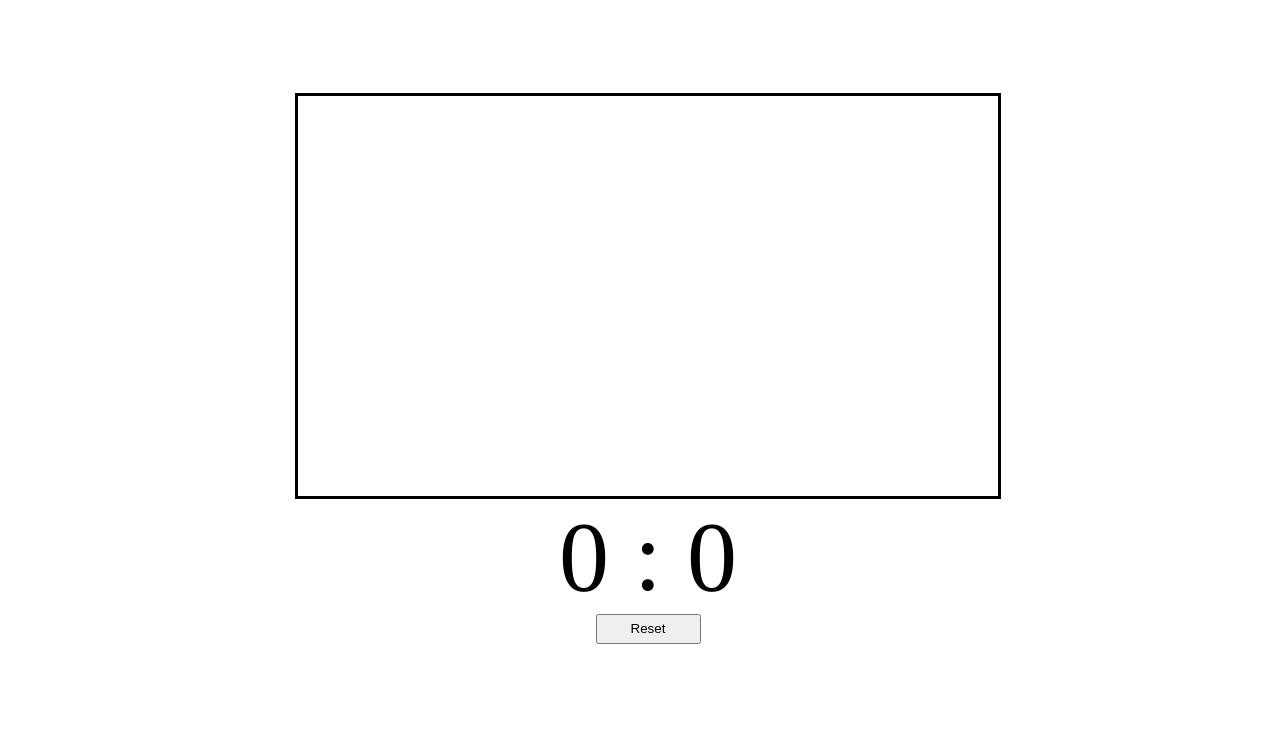
Repository: zacheys123/ping-pong
Page: index.html
The author's editor kept a copy of each file at every save. The page is drawn from the files as they stood at one save, then again after the next save.
The browser window is 1280 px wide. The page is 1288 px wide, so the pictures cover 1288 px, including what lies to the right of the window. The pictures show the whole page.

Above is the page before, as saved 2023-06-30 23:00:06.

After the next save:
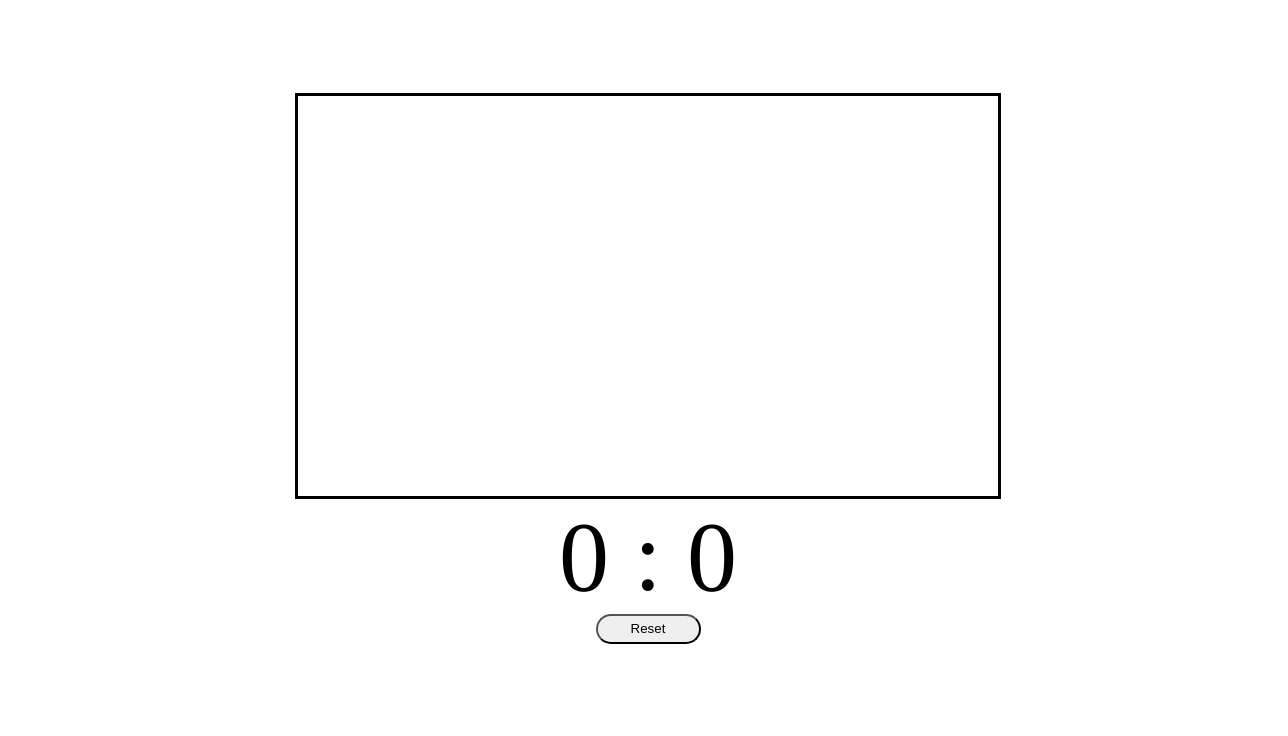
Saved 11 s later.
--- a/style.css
+++ b/style.css
@@ -20,7 +20,7 @@ body {
 }
 #resetbutton {
 	font-family: 'monospace' cursive;
-	border-radius: 15;
+	border-radius: 15px;
 	width: 105px;
 	height: 30px;
 }
